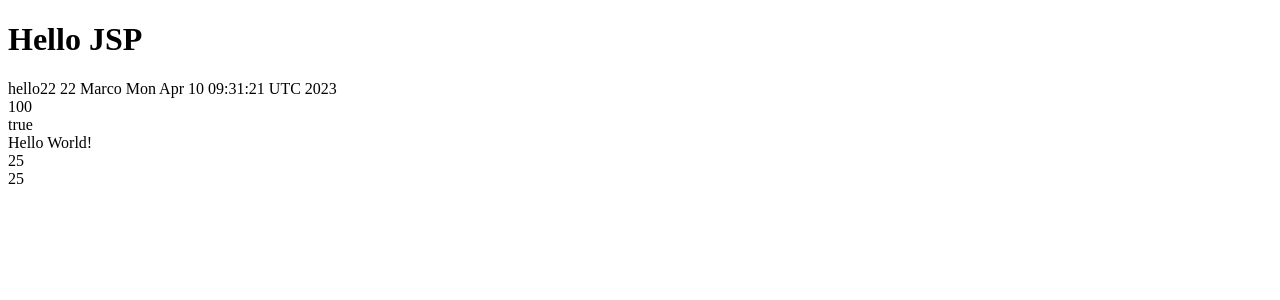
Repository: marcoscheuerer/Java_Enterprise
Page: http://localhost/S01L05_Hello_JSP/HelloJSP.jsp
These files come from the project's save history. The page is drawn as it stood at one moment and after the next save; the edit follows.
The browser window is 1280 px wide. The pictures show the whole page.
The page is served by Tomcat 9.

Above is the page before, as saved 2023-04-10 10:03:39.

After the next save:
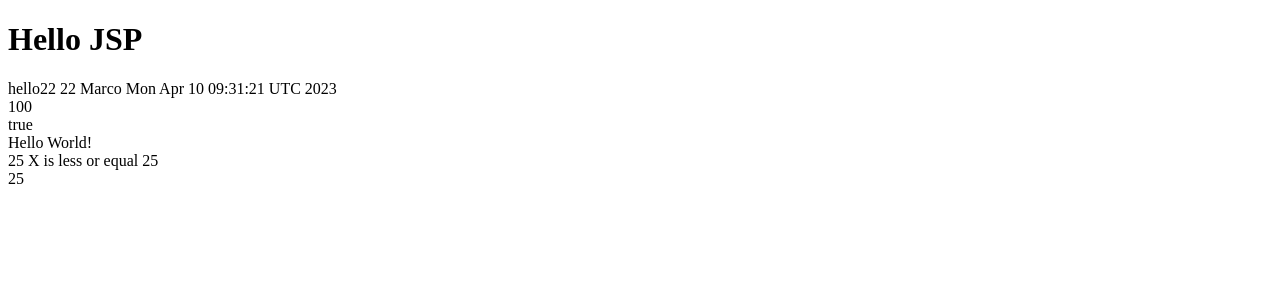
Saved 85 s later.
--- a/S01L05_Hello_JSP/src/main/webapp/HelloJSP.jsp
+++ b/S01L05_Hello_JSP/src/main/webapp/HelloJSP.jsp
@@ -23,6 +23,12 @@
 <%
 int x = 25;
 out.println(x);
+
+if (x > 25)
+	out.println("X is greater than 25");
+else
+	out.println("X is less or equal 25");
+
 %>
 <br />
 <%= x %>
